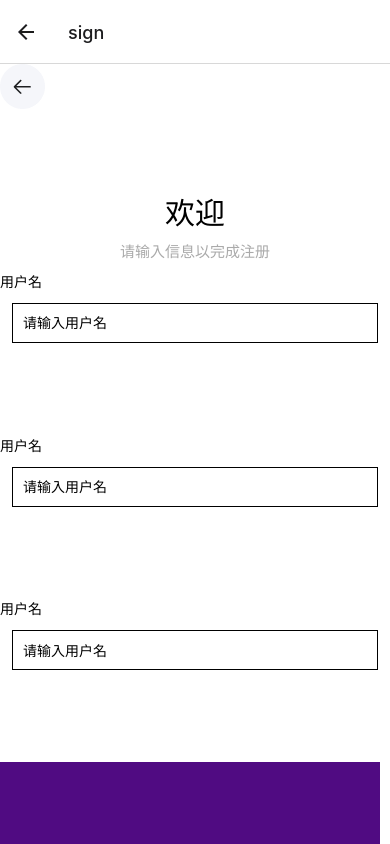
Repository: eyebone/barManager
Screen: /sign
The author's editor kept a copy of each file at every save. The screen is drawn from the files as they stood at one save, then again after the next save.
The app was drawn by React Native's web renderer in a window 390 px wide. The project was rebuilt for these pictures with package versions that can differ from the ones it lists, and the page was loaded fresh each time. Some packages were replaced by stand-ins written for this rebuild. Also part of the build but not shown: components/EmojiPicker.js, components/Button.js, components/ImageViewer.js, components/circleButton.js, components/IconButton.js, view/ViewOne.js.

Above is the screen before, as saved 2023-06-26 10:14:13.

After the next save:
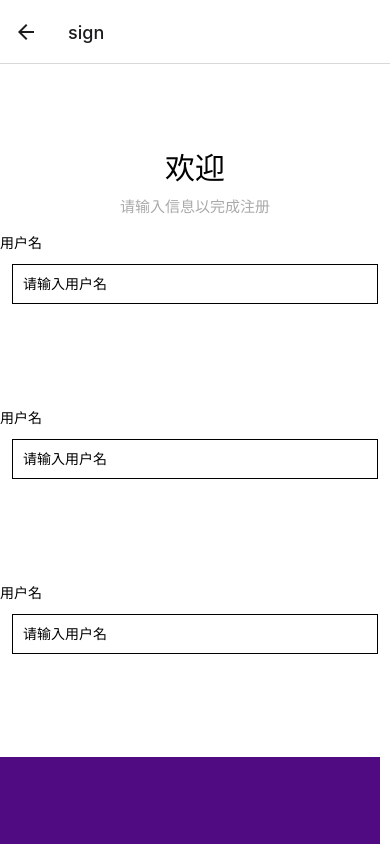
Saved 13 s later.
--- a/view/Sign.js
+++ b/view/Sign.js
@@ -20,7 +20,7 @@ import {
 export function SignView() {
   return (
     <View style={styles.container}>
-      <Image source={require("../assets/bar/Back.png")} />
+      {/* <Image source={require("../assets/bar/Back.png")} /> */}
       <View style={styles.welcomeContainer}>
         <Text style={styles.welcomeText} numberOfLines={1}>
           欢迎
